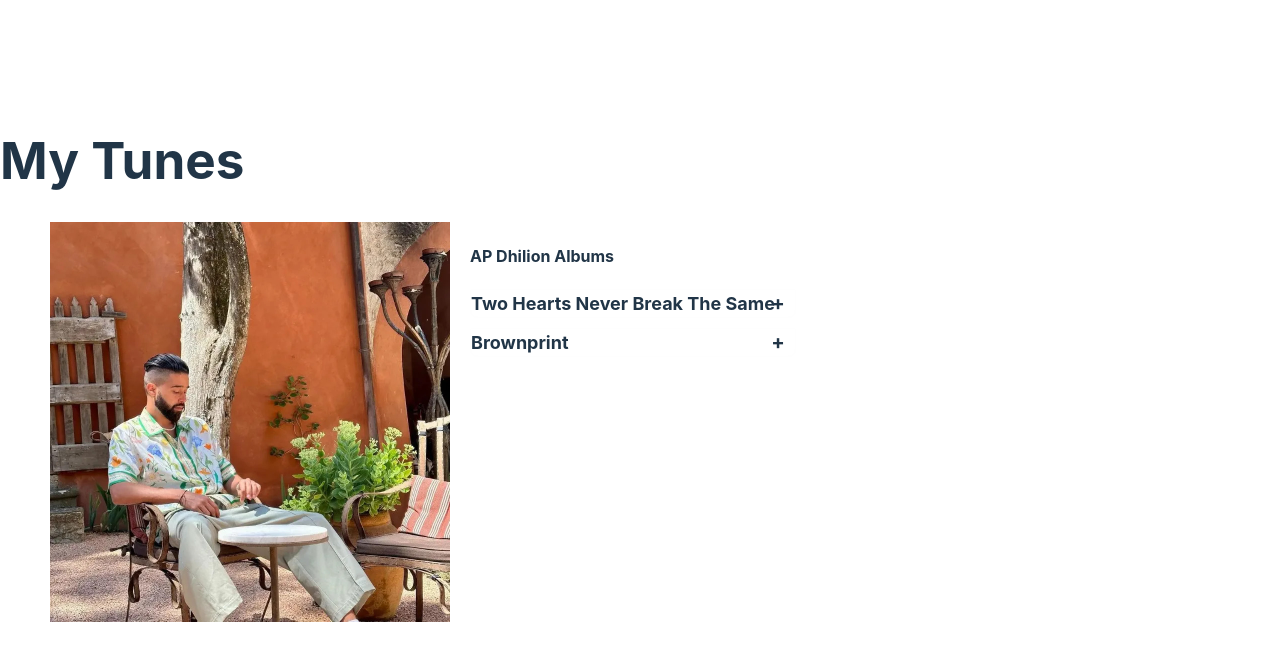
Repository: GavinPahal/my_app
Page: / (app in react/)
The author's editor kept a copy of each file at every save. The page is drawn from the files as they stood at one save, then again after the next save.
The browser window is 1280 px wide. The pictures show the whole page.
The project was rebuilt for these pictures with package versions that can differ from the ones it lists, and the page was loaded fresh each time. Also part of the build but not shown: react/vite.config.js.

Above is the page before, as saved 2024-09-15 18:13:15.

After the next save:
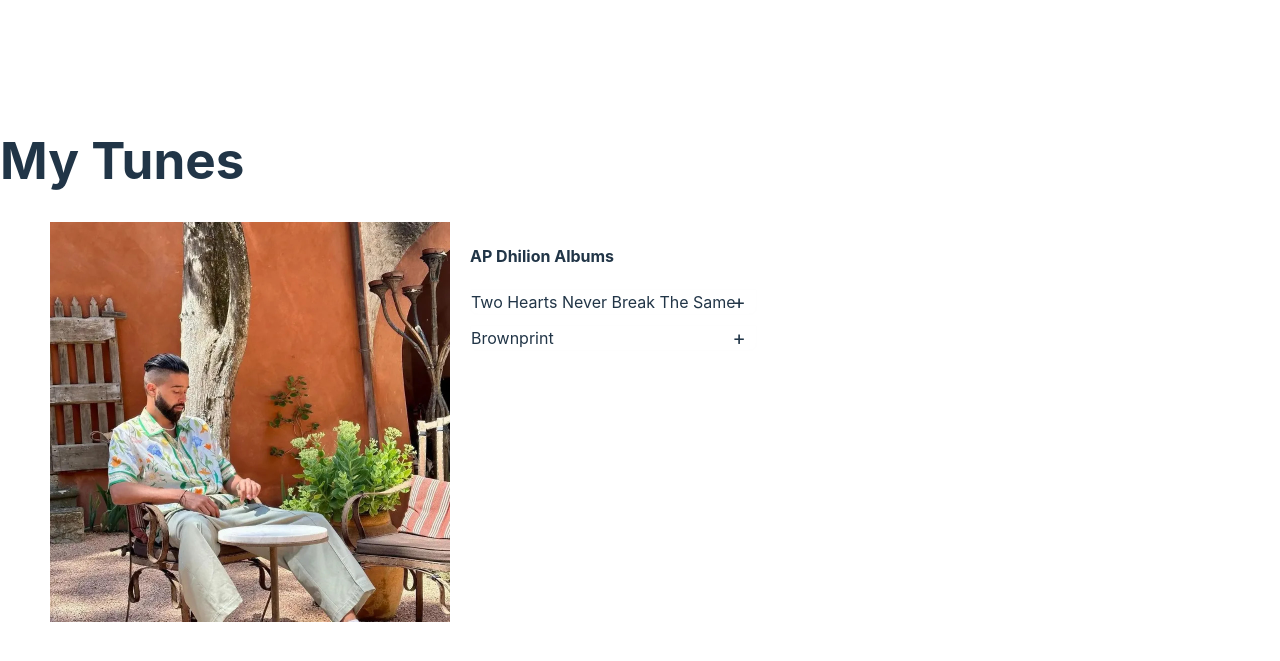
Saved 27 s later.
--- a/react/src/App.css
+++ b/react/src/App.css
@@ -38,8 +38,6 @@
 }
 
 summary {
-  font-size: 18px;
-  font-weight: bold;
   cursor: pointer;
   position: relative;
   padding-right: 20px;

After the save that followed:
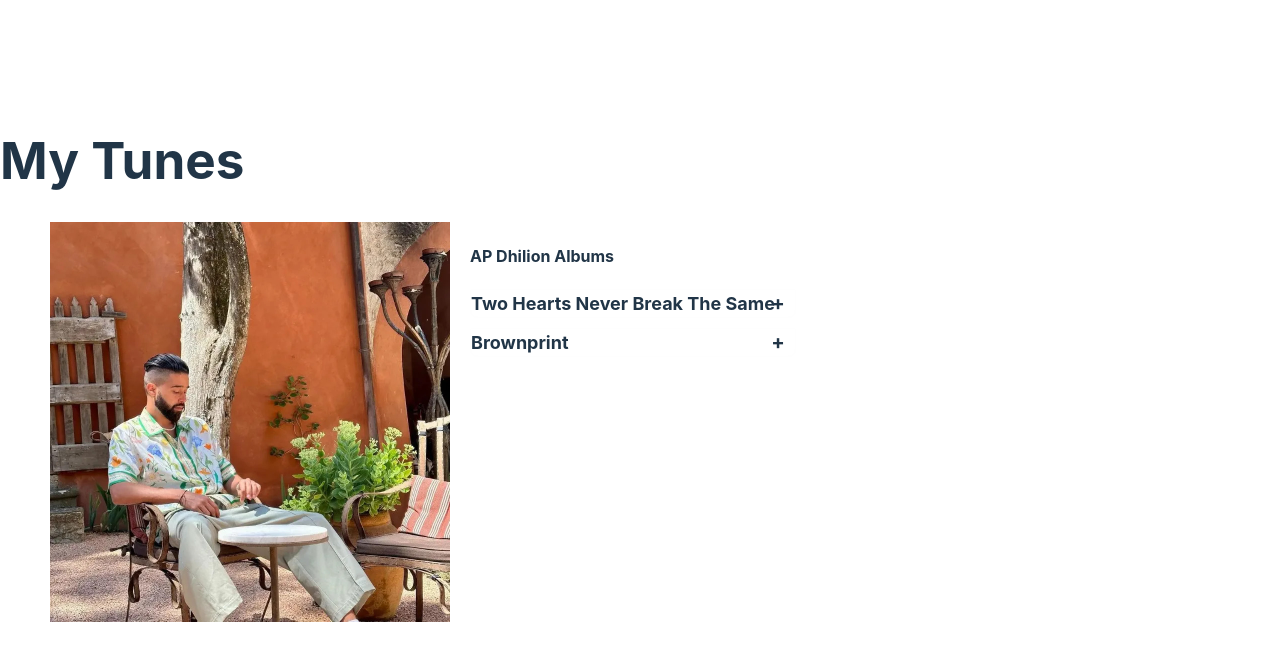
Saved 89 s later.
--- a/react/src/App.css
+++ b/react/src/App.css
@@ -38,6 +38,8 @@
 }
 
 summary {
+  font-size: 18px;
+  font-weight: bold;
   cursor: pointer;
   position: relative;
   padding-right: 20px;
